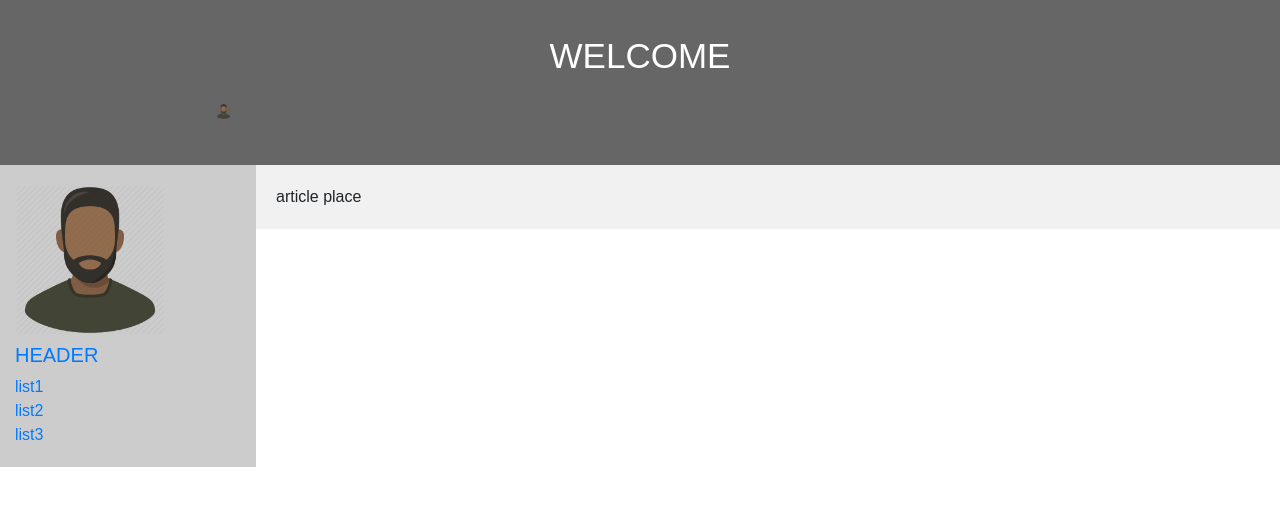
Repository: idrice24/IDRICE24-DASHBOARD
Page: html/header.html
An editor plug-in stored every save of this project. The page is shown before and after the next save, followed by the edit.
The browser window is 1280 px wide. The pictures show the whole page.

Above is the page before, as saved 2020-09-03 23:42:02.

After the next save:
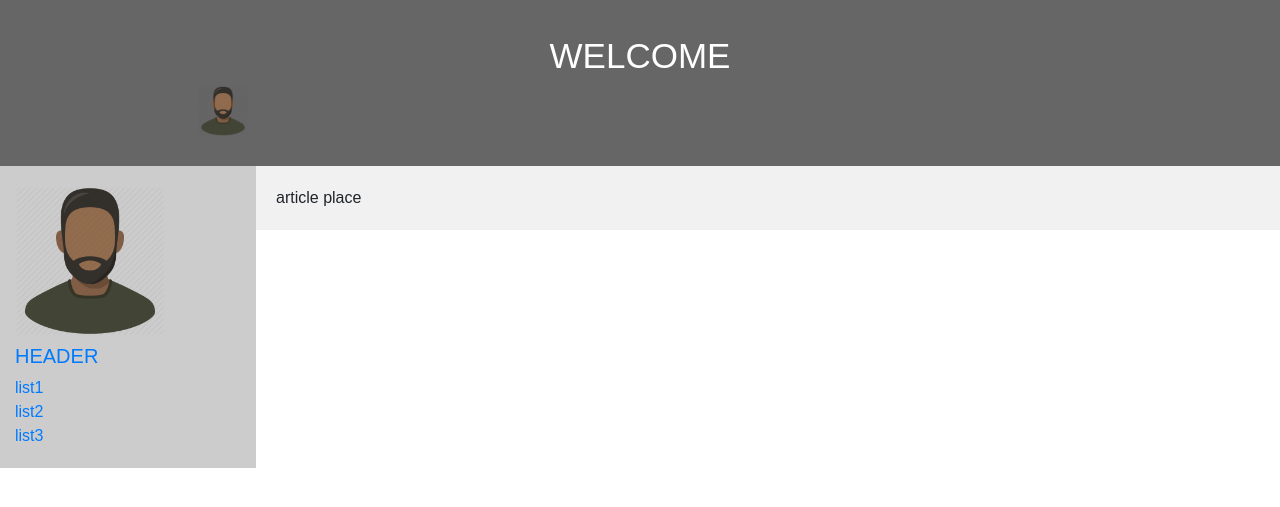
Saved 30 s later.
--- a/html/header.html
+++ b/html/header.html
@@ -16,7 +16,7 @@
         <div class="row">
             <div class="col-md-4">
                 <a href="../imgs/login2.PNG" class="thumbnail">
-                    <img src="../imgs/login2.PNG" alt="Pulpit Rock" style="width:15px;height:15px">
+                    <img src="../imgs/login2.PNG" alt="Pulpit Rock" style="width:50px;height:50px">
                 </a>
             </div>
         </div>
